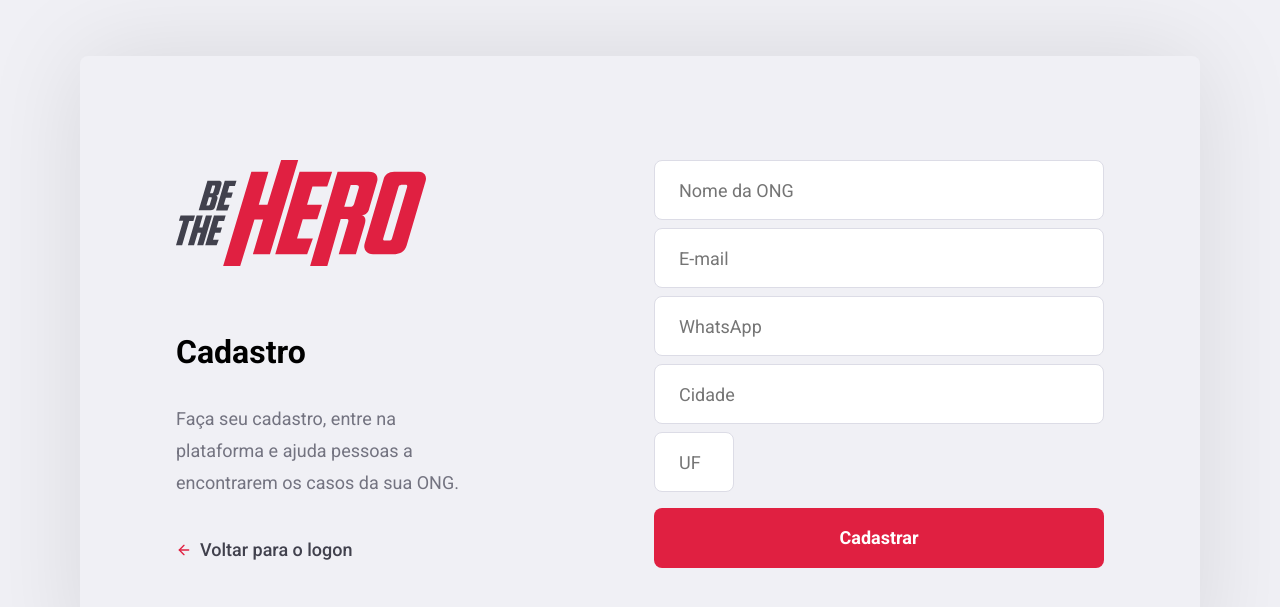
Repository: pedroevangelista/be-the-hero
Page: /register (app in frontend/)
The author's editor kept a copy of each file at every save. The page is drawn from the files as they stood at one save, then again after the next save.
The browser window is 1280 px wide. The pictures show the whole page.
The project was rebuilt for these pictures with package versions that can differ from the ones it lists, and the page was loaded fresh each time. Also part of the build but not shown: frontend/src/pages/Logon/styles.css, frontend/src/pages/Logon/index.js, frontend/src/pages/Profile/styles.css, frontend/src/pages/Profile/index.js, frontend/src/pages/NewIncident/styles.css, frontend/src/pages/NewIncident/index.js.

Above is the page before, as saved 2020-03-25 19:21:47.

### frontend/src/App.js
import React from 'react';
import './global.css'
import Routes from './routes';

function App() {

  return (
    <Routes />
  );
}

export default App;

### frontend/src/global.css
@import url('https://fonts.googleapis.com/css?family=Roboto:400,500,700&display=swap');

* {
    margin: 0;
    padding: 0;
    outline: 0;
    box-sizing: border-box;
}

body {
    font: 400 14px Roboto, sans-serif;
    background: #f0f0f5;
    -webkit-font-smoothing: antialiased;
}

input, button, textarea {
    font: 400 18px Roboto, sans-serif;
}

button {
    cursor: pointer
}

form input {
    width: 100%;
    height: 60px;
    color: #333;
    border: 1px solid #dcdce6;
    border-radius: 8px;
    padding: 0 24px;
}

.button {
    width: 100%;
    height: 60px;
    background: #e02041;
    border: 0;
    border-radius: 8px;
    color: #FFF;
    font-weight: 700;
    margin-top: 16px;
    display: inline-block;
    text-align: center;
    text-decoration: none;
    font-size: 18px;
    line-height: 60px;
    transition: filter 0.2s;
}

.button:hover {
    filter: brightness(90%);
}

.back-link {
    display: flex;
    align-items: center;
    margin-top: 40px;
    color: #41414d;
    font-size: 18px;
    text-decoration: none;
    font-weight: 500;
    transition: opacity 0.2s;
}

.back-link svg {
    margin-right: 8px;
}

.back-link:hover {
    opacity: 0.8;
}

### frontend/src/routes.js
import React from 'react';
import { BrowserRouter, Route, Switch } from 'react-router-dom';

import Logon from './pages/Logon';
import Register from './pages/Register';
import Profile from './pages/Profile';
import NewIncident from './pages/NewIncident';

export default function Routes() {
    return (
        <BrowserRouter>
            <Switch>
                <Route path="/" exact component={Logon}></Route>
                <Route path="/register" component={Register}></Route>
                <Route path="/profile" component={Profile}></Route>
                <Route path="/incidents/new" component={NewIncident}></Route>
            </Switch>
        </BrowserRouter>
    );
}

### frontend/src/pages/Register/index.js
import React from 'react';
import { Link } from 'react-router-dom';
import { FiArrowLeft } from 'react-icons/fi';
import './styles.css';
import logoImg from '../../assets/logo.svg';

export default function Register() {
    return (
        <div className="register-container">
            <div className="content">
                <section>
                    <img src={logoImg} alt="Be The Hero" />

                    <h1>Cadastro</h1>
                    <p>Faça seu cadastro, entre na plataforma e ajuda pessoas a encontrarem os casos da sua ONG.</p>

                    <Link className="back-link" to="/">
                        <FiArrowLeft size="16" color="#e02041" />
                        Voltar para o logon
                    </Link>
                </section>

                <form action="">
                    <input placeholder="Nome da ONG" />
                    <input type="email" placeholder="E-mail" />
                    <input placeholder="WhatsApp" />

                    <div className="input-group">
                        <input placeholder="Cidade" />
                        <input placeholder="UF" style={ { width: 80 } } />
                    </div>

                    <button className="button" type="submit">Cadastrar</button>
                </form>
            </div>
        </div>
    );

}

### frontend/src/pages/Register/styles.css
.register-container {
    width: 100%;
    max-width: 1120px;
    height: 100vh;
    margin: 0 auto;
    display: flex;
    align-items: center;
    justify-content: center;
}

.register-container .content {
    width: 100%;
    padding: 96px;
    background: #f0f0f5;
    box-shadow: 0 0 100px rgba(0, 0, 0, 0.1);
    border-radius: 8px;
    display: flex;
    justify-content: space-between;
    align-items: center;
}

.register-container .content section {
    width: 100%;
    max-width: 300px;
}

.register-container .content section h1 {
    margin: 64px 0 32px;
    font-size: 32px;
}

.register-container .content section p {
    font-size: 18px;
    color: #737380;
    line-height: 32px;
}

.register-container .content form {
    width: 100%;
    max-width: 450px;
}

.register-container .content form input {
    margin-top: 8px;
}

Loaded but not shown: frontend/public/index.html (common file); frontend/src/index.js (common file)

After the next save:
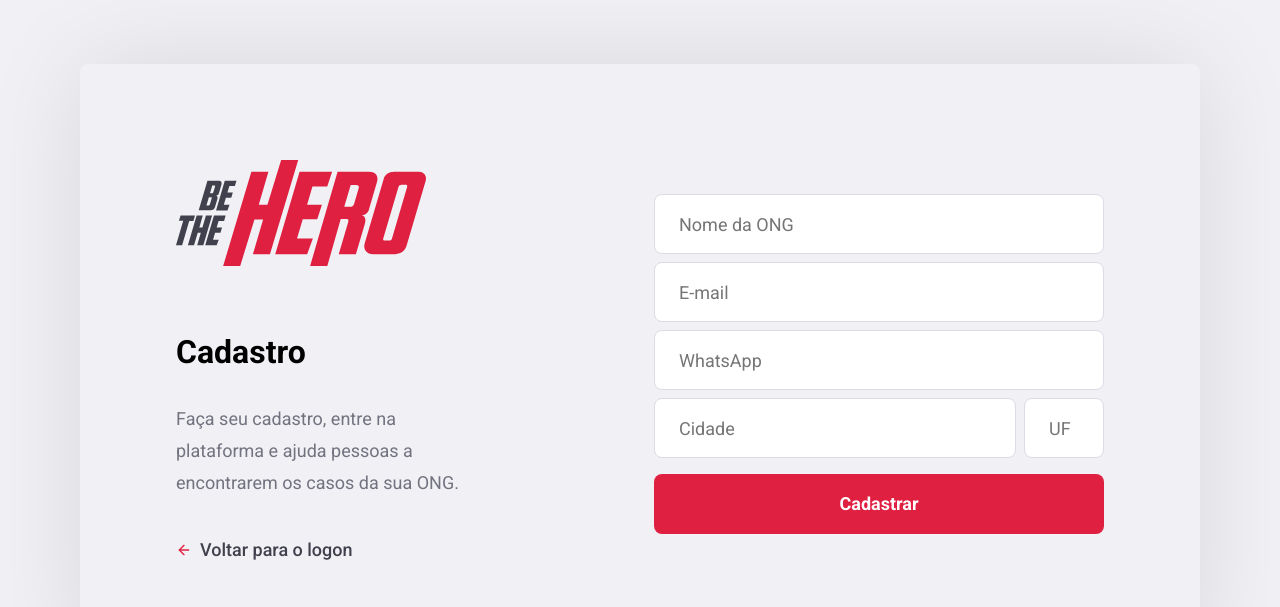
Saved 11 s later.
--- a/frontend/src/pages/Register/styles.css
+++ b/frontend/src/pages/Register/styles.css
@@ -43,3 +43,11 @@
 .register-container .content form input {
     margin-top: 8px;
 }
+
+.register-container .content form .input-group {
+    display: flex;
+}
+
+.register-container .content form .input-group input + input {
+    margin-left: 8px;
+}
